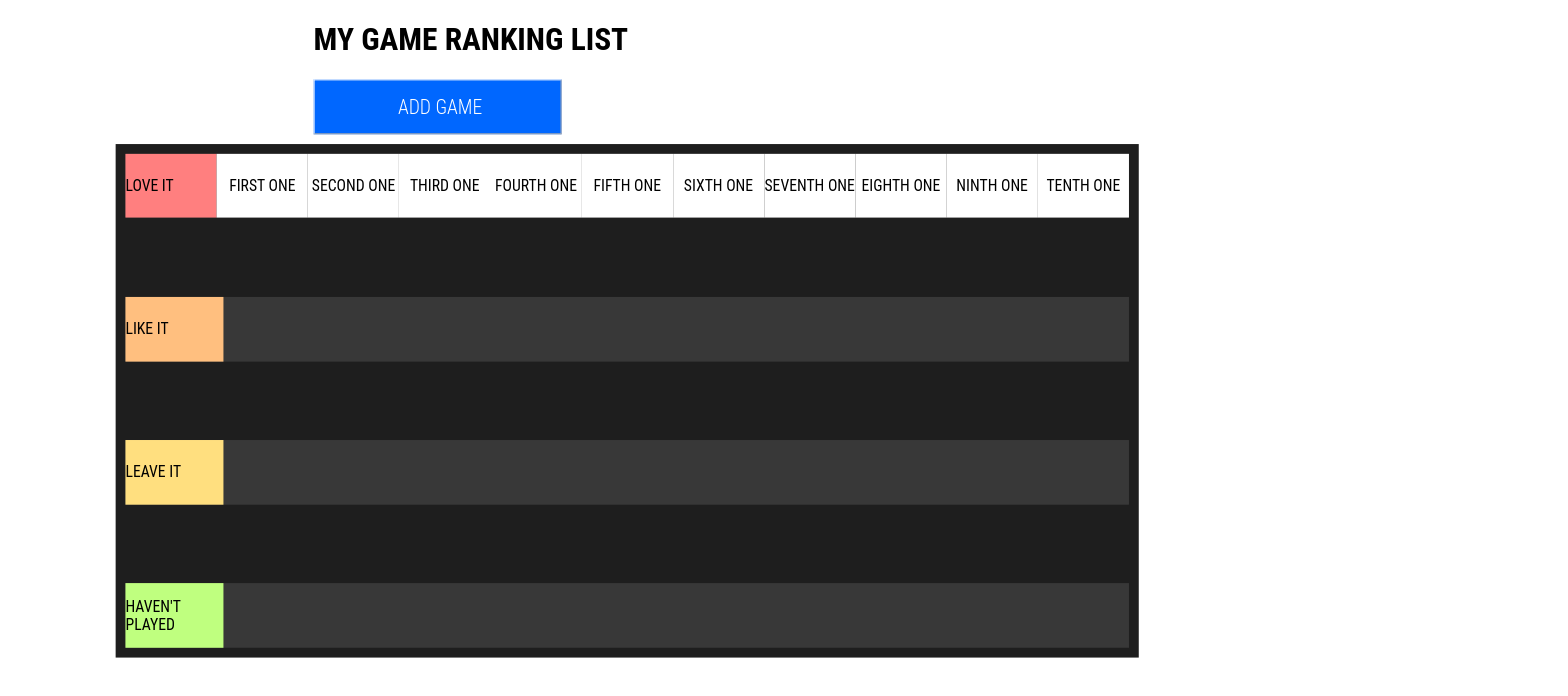
Repository: akiachenise/akiachenise.github.io
Page: JackboxGames_TierList_vanilla/index.html
An editor plug-in stored every save of this project. The page is shown before and after the next save, followed by the edit.
The browser window is 1280 px wide. The page is 1600 px wide, then 1520 px, then 1600 px, so the pictures cover 1600 px, including what lies to the right of the window. The pictures show the whole page, at 98% of full size.

Above is the page before, as saved 2022-11-26 17:57:56.

After the next save:
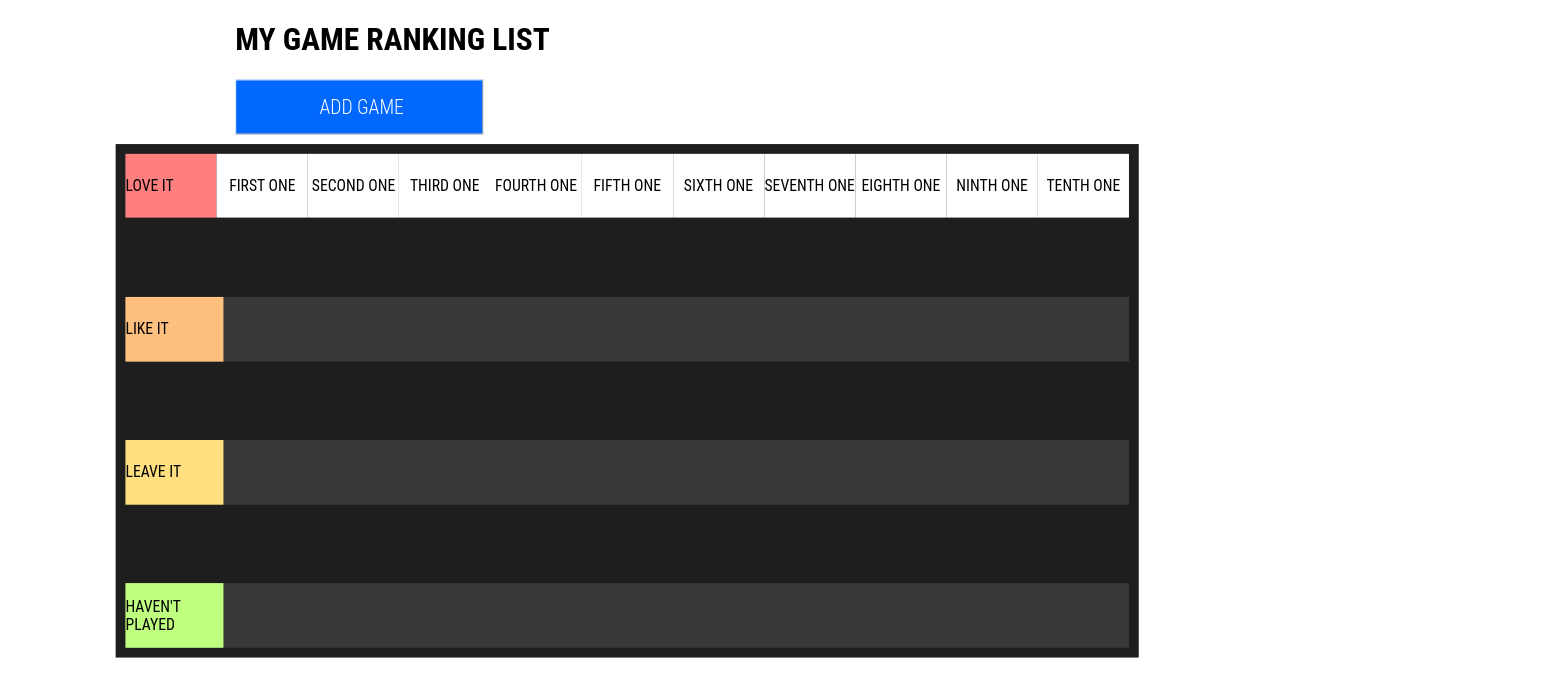
Saved 7 min 51 s later.
--- a/JackboxGames_TierList_vanilla/css/stylesheet.css
+++ b/JackboxGames_TierList_vanilla/css/stylesheet.css
@@ -12,7 +12,7 @@
     display: block;
     width: 100vw;
     align-items: center;
-    padding-left: 40rem;
+    padding-left: 30rem;
 
 }
 

After the save that followed:
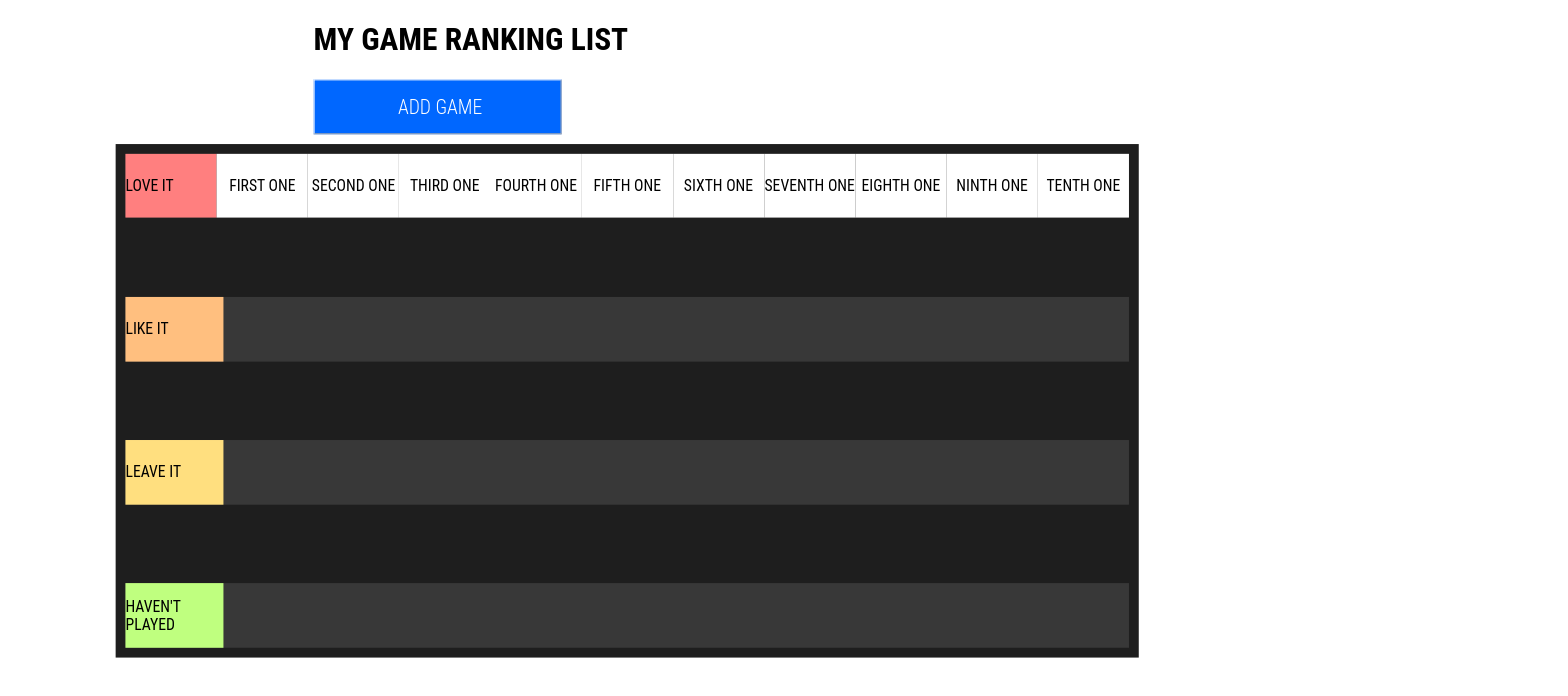
Saved 17 s later.
--- a/JackboxGames_TierList_vanilla/css/stylesheet.css
+++ b/JackboxGames_TierList_vanilla/css/stylesheet.css
@@ -12,7 +12,7 @@
     display: block;
     width: 100vw;
     align-items: center;
-    padding-left: 30rem;
+    padding-left: 40rem;
 
 }
 
